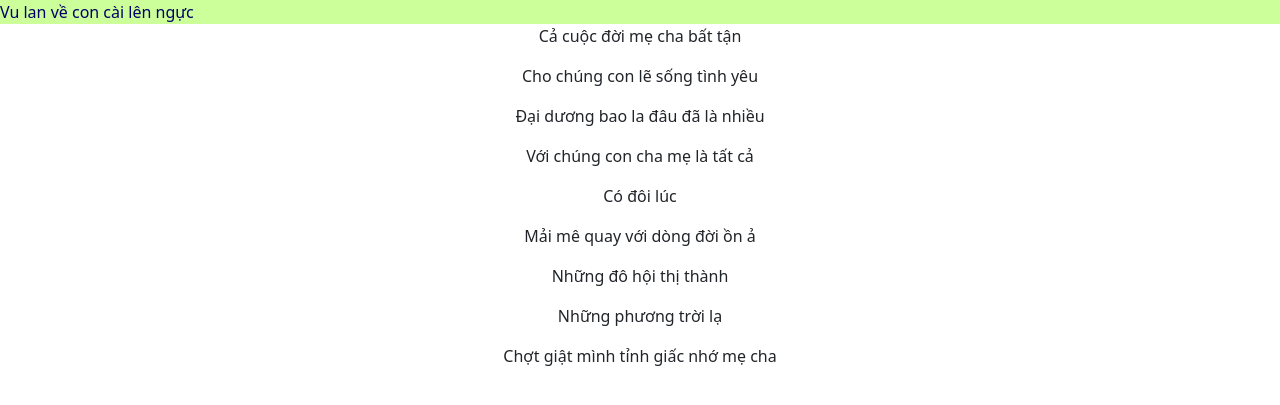
Repository: hoapham2k2/bai_tap_thuc_hanh_is207.n12
Page: index.html
An editor plug-in stored every save of this project. The page is shown before and after a run of saves, followed by the edit.
The browser window is 1280 px wide. The pictures show the whole page.

Above is the page before, as saved 2022-09-19 08:04:26.

After the next 2 saves:
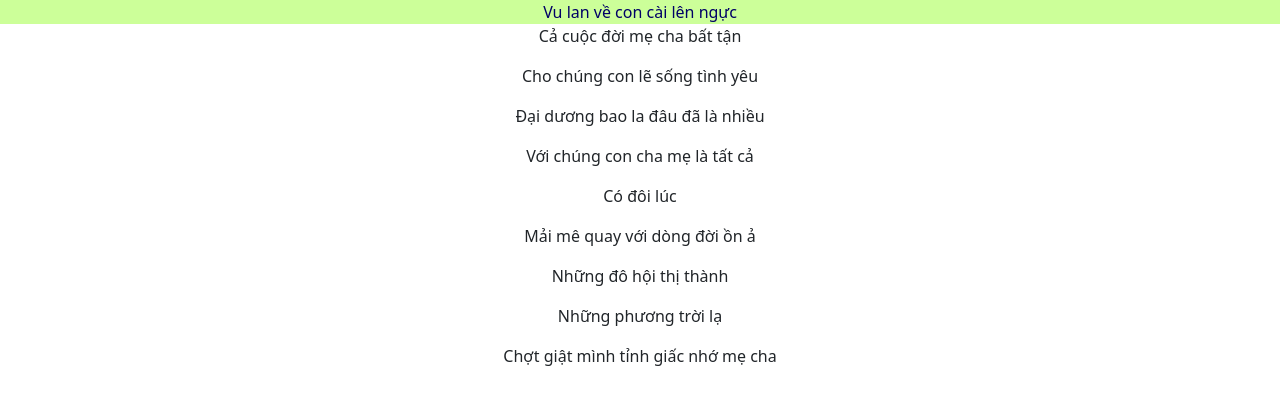
The 2 saves are shown as one change because they came seconds apart.
The last was saved 11 s later.
--- a/index.html
+++ b/index.html
@@ -16,9 +16,9 @@
 
 <body>
 
-    <div class="poem">
+    <div class="poem text-center">
         <div class="poem_title">Vu lan về con cài lên ngực</div>
-        <div class="poem_body text-center">
+        <div class="poem_body ">
             <div class="poem_1st_parapraph">
                 <p>Cả cuộc đời mẹ cha bất tận</p>
                 <p>Cho chúng con lẽ sống tình yêu</p>
